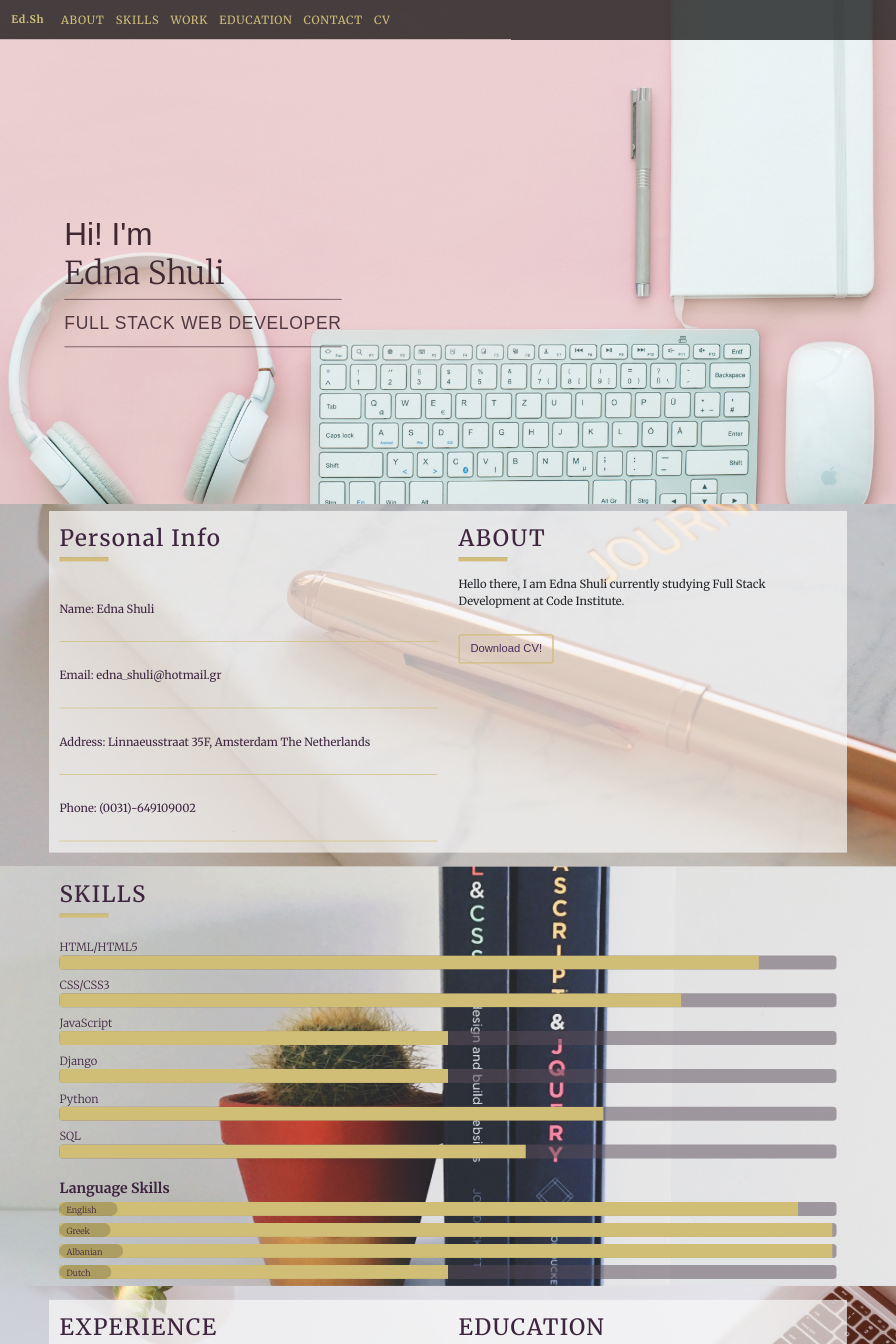
Repository: edshuli/Portfolio
Page: index.html
The author's editor kept a record of every edit. The page is drawn from the files as they stood at one moment, then again after the next edit.
The browser window is 1280 px wide. The pictures show the part of the page from y = 0 to 1920 px (the page is 3071 px tall), at 70% of full size.
Backgrounds fixed to the window are drawn as part of the page. Some web fonts or font styles are not loaded; a fallback is used.

Above is the page before.

After the next edit:
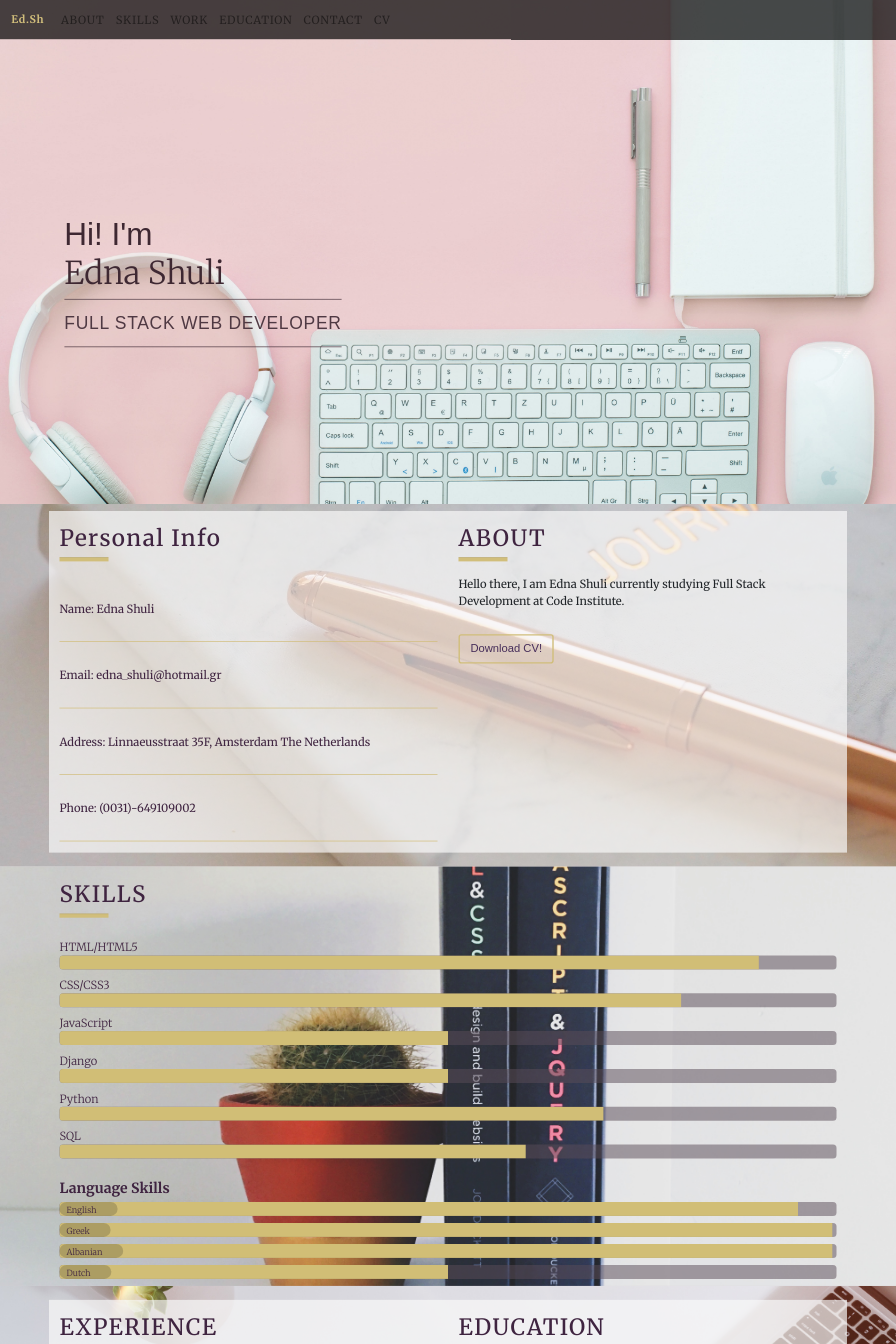
The edit:
--- a/assets/css/style.css
+++ b/assets/css/style.css
@@ -124,7 +124,7 @@
      color:#fafafa;
 }
 
-.navbar-light .navbar-nav .nav-link {
+/*.navbar-light .navbar-nav .nav-link {
     color: #d1be7b;
 }
 
